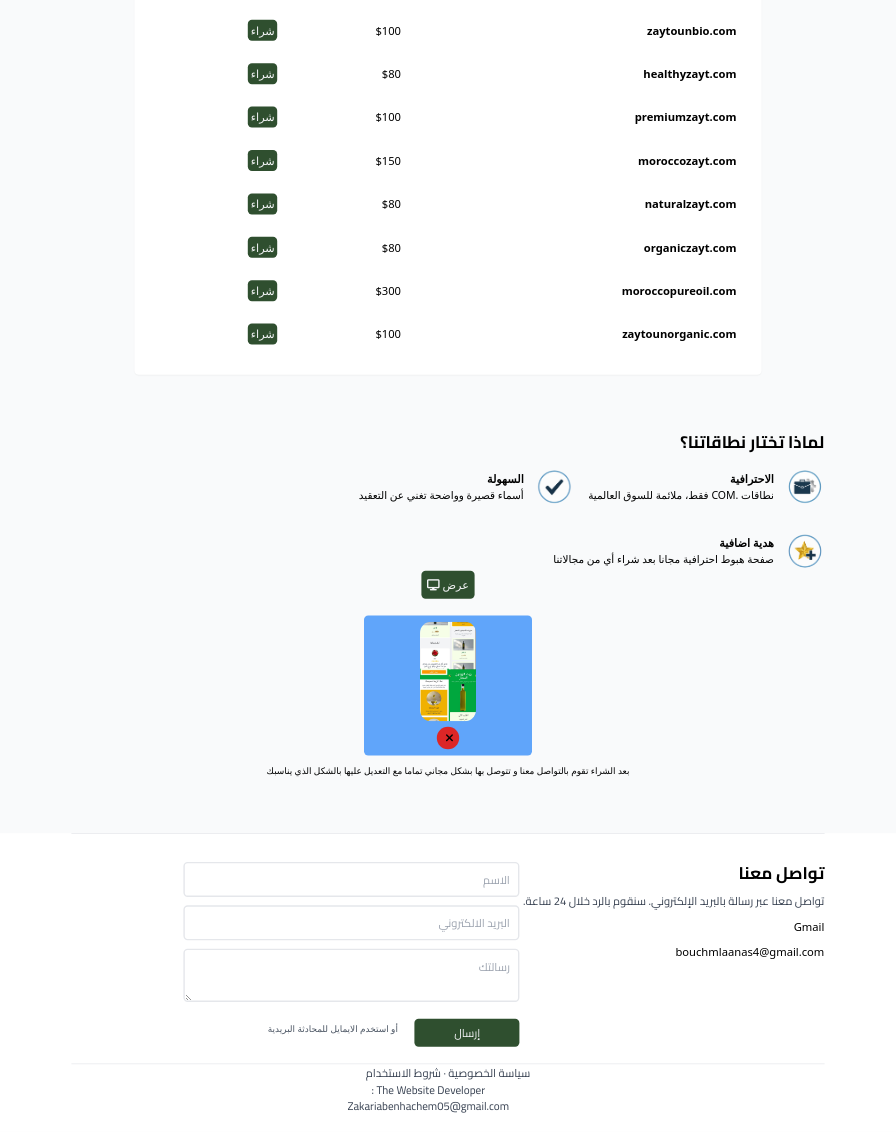
Repository: zakaria-bn05/Olive-oil-domaine-names-english-version
Page: index.html
The author's editor kept a copy of each file at every save. The page is drawn from the files as they stood at one save, then again after the next save.
The browser window is 1280 px wide. The pictures show the part of the page from y = 1375 to 3295 px (the page is 2995 px tall before and 3295 px after), at 70% of full size.
Some web libraries are served in a nearby version.

Above is the page before, as saved 2025-11-19 04:37:27.

### index.html
<!DOCTYPE html>
<html lang="ar" dir="rtl">

<head>
    <meta charset="UTF-8">
    <meta name="viewport" content="width=device-width, initial-scale=1.0">
    <link rel="icon" type="image/x-icon" href="assets/logo.png">
    <link rel="stylesheet" href="https://cdnjs.cloudflare.com/ajax/libs/font-awesome/6.5.1/css/all.min.css">
    <script src="https://cdn.tailwindcss.com"></script>
    <link href="https://fonts.googleapis.com/css2?family=Cairo:wght@300;400;600;700;800&display=swap" rel="stylesheet">
    <title src="">بيع نطاقات زيت الزيتون .COM</title>
    <style>
        .font-cairo {
            font-family: 'Cairo', system-ui, -apple-system, 'Segoe UI', Roboto, sans-serif;
        }

        .nav-link {
            font-size: 0.95rem;
            font-weight: 600;
        }

        .nav-link:hover {
            opacity: 0.92;
        }

        .bg-olive-btn {
            background-color: #2f4f2f;
        }

        .bg-olive-btn:hover {
            filter: contrast(80%);
        }

        .header {
            height: 445px;
            background-image: url('assets/header-picture.jpg');
            background-size: cover;
            background-position: center;
        }

        .table-spaced {
            border-collapse: separate;
            border-spacing: 0 0.9rem;
        }

        .table-spaced th,
        .table-spaced td {
            background: white;
            padding: 0.75rem 1rem;
            border-radius: 8px;
        }

        .table-spaced thead th {
            background: transparent;
            font-weight: 700;
        }

        @media (max-width: 768px) {

            nav {
                margin-top: -40px;
            }

            .special-domaine {
                width: 400px
            }

            .buy-reason {
                padding-left: auto;
            }
        }
    </style>
</head>

<body class="min-h-screen flex flex-col">
    <main class="font-Cairo w-full flex flex-col bg-gray-50 text-gold-dark ">
        <nav
            class="sticky md:top-0 z-30 bg-white/60 backdrop-blur-sm flex w-full h-26 md:h-16 px-[4%] md:px-[8%] items-center justify-between md:gap-1">

            <div class=" flex items-center gap-[2%]">
                <img src="assets/logo.png" class=" w-8 cursor-pointer alt=" OliveDomains Logo">
                <div>
                    <p class="text-right font-bold">OliveDomains</p>
                    <p class="text-xs font-cairo w-30">نطاقات .COM لعلامات زيت الزيتون</p>
                </div>
            </div>
            <div class="flex items-center mt-28 mb-2 md:m-0 gap-4">
                <a id="full-list" class="text-green-900 nav-link font-cairo w-18 cursor-pointer md:w-max ">القائمة
                    الكاملة</a>
                <a id="" class="special text-green-900 nav-link font-cairo cursor-pointer ">مميزة</a>
                <a id="contact"
                    class="bg-olive-btn rounded-md p-[4px] md:p-[6px] text-gray-100 nav-link font-cairo cursor-pointer md:w-max">تواصل
                    معنا</a>
            </div>
        </nav>
        <header class="header flex items-center justify-center z-10 relative ">
            <div class="bg-white rounded-2xl backdrop-blur-sm bg-opacity-30 w-4/5 p-11 flex flex-col gap-3 ">
                <h1 class="font-cairo text-4xl font-bold text-right "> ابدأ علامتك التجارية لزيت الزيتون اليوم.</h1>
                <p class="text-gray-700 text-right text-ms ">
                    نقدم لك أسماء نطاقات .COM قصيرة، سهلة التذكر، وجاهزة للانطلاق.
                </p>
                <div class="flex md:flex-row flex-col gap-3 mt-4 ">
                    <button class="special font-cairo bg-olive-btn px-3 py-2 text-gray-100 rounded-md">استعرض النطاقات
                        المميزة
                    </button>
                    <button id="full-list-2" class="font-cairo px-3 py-2 rounded-md border-2 border-green-900 ">عرض
                        القائمة
                        الكاملة
                    </button>
                </div>
            </div>
        </header>
        <article class="px-[8%] py-10">
            <h1 class="font-cairo text-2xl font-bold">النطاقات المميزة</h1>
            <p class="font-cairo text-xm text-gray-700 ">أفضل النطاقات الجاهزة للاستعمال - قصيرة، راقية، وجاهزة لعلامتك.
            </p>
            <div class="flex gap-3 flex-wrap justify-center">
                <div
                    class="special-domaine bg-white border-2 border-gray-300 rounded-md p-5 mt-5 w-100 flex flex-col gap-3 ">
                    <p class=" font-cairo text-xm text-gray-700 ">نطاق
                    </p>
                    <p class=" font-cairo text-xl text-gray-700 font-bold ">goldenzayt.com
                    </p>
                    <p class=" font-cairo text-xm text-gray-700 ">اسم راق وسهل التذكر لماركات زيت الزيتون
                    </p>
                    <div class="flex items-center mt-auto w-full justify-between">

                        <p class=" font-cairo text-xl text-gray-700 font-bold mt-3 ">$80</p>
                        <div class="justify-end">
                            <button class="selling bg-olive-btn px-3 py-2 text-gray-100 rounded-md mt-3">اشترِ الآن
                            </button>
                            <button class="negotiate font-cairo bg-olive-btn px-3 py-2 bg-gray-100 rounded-md mt-3">
                                تفاوض
                            </button>
                        </div>

                    </div>
                </div>
                <div
                    class="special-domaine bg-white border-2 border-gray-300 rounded-md p-5 w-100 mt-5 flex flex-col gap-3 ">
                    <p class=" font-cairo text-xm text-gray-700 ">نطاق
                    </p>
                    <p class=" font-cairo text-xl text-gray-700 font-bold ">luxuryzayt.com
                    </p>
                    <p class=" font-cairo text-xm text-gray-700 ">ملائم للمنتجات الفاخرة والسوق الراقية
                    </p>
                    <div class="flex items-center mt-auto w-full justify-between">

                        <p class=" font-cairo text-xl text-gray-700 font-bold mt-3 ">$80</p>
                        <div class="justify-end">
                            <button href="" class="selling bg-olive-btn px-3 py-2 text-gray-100 rounded-md mt-3">اشترِ
                                الآن
                            </button>
                            <button class="negotiate font-cairo bg-olive-btn px-3 py-2 bg-gray-100 rounded-md mt-3">
                                تفاوض
                            </button>
                        </div>
                    </div>
                </div>
                <div
                    class="special-domaine bg-white border-2 border-gray-300 rounded-md p-5 mt-5 w-100 flex flex-col gap-3 ">
                    <p class=" font-cairo text-xm text-gray-700 ">نطاق
                    </p>
                    <p class=" font-cairo text-xl text-gray-700 font-bold ">organiczayt.com
                    </p>
                    <p class=" font-cairo text-xm text-gray-700 ">مثالي للمنتجات العضوية والعضوية المعتمدة
                    </p>
                    <div class="flex items-center w-full justify-between">

                        <p class=" font-cairo text-xl text-gray-700 font-bold mt-3 ">$80</p>
                        <div class="justify-end mt-auto">
                            <button class="selling bg-olive-btn px-3 py-2 text-gray-100 rounded-md mt-3">اشترِ الآن
                            </button>
                            <button class="negotiate font-cairo bg-olive-btn px-3 py-2 bg-gray-100 rounded-md mt-3">
                                تفاوض
                            </button>
                        </div>

                    </div>
                </div>
        </article>
        <article class="px-[8%] py-10">
            <h1 class="font-cairo text-2xl font-bold"> القائمة الكاملة للنطاقات</h1>
            <p class="font-cairo text-xm text-gray-700 ">أفضل النطاقات الجاهزة للاستعمال - قصيرة، راقية، وجاهزة لعلامتك
            </p>
            <div class="flex justify-center w-full">
                <table class=" w-5/6 text-right mt-5 bg-white p-5 rounded-md table-spaced shadow-sm">
                    <tr class="border-b-2 p-5">
                        <th>النطاق</th>
                        <th>السعر</th>
                        <th>الروابط</th>
                    </tr>
                    <tr>
                        <td class="font-bold ">zaytshop.com</td>
                        <td>$150</td>
                        <td><a href="https://sedo.com/search/?member=c67aa84ed5e26d9853476fb49144413aa5dfed49"
                                class="hover:border-b-2 border-black bg-olive-btn text-gray-100 p-1 rounded-md">
                                شراء</a></td>
                    </tr>
                    <tr>
                        <td class="font-bold ">purezayt.com</td>
                        <td>$100</td>
                        <td><a href="https://sedo.com/search/?member=c67aa84ed5e26d9853476fb49144413aa5dfed49"
                                class="hover:border-b-2 border-black bg-olive-btn text-gray-100 p-1 rounded-md">
                                شراء</a></td>
                    </tr>
                    <tr>
                        <td class="font-bold ">royalzayt.com</td>
                        <td>$100</td>
                        <td><a href="https://sedo.com/search/?member=c67aa84ed5e26d9853476fb49144413aa5dfed49"
                                class="hover:border-b-2 border-black bg-olive-btn text-gray-100 p-1 rounded-md">
                                شراء</a></td>
                    </tr>
                    <tr>
                        <td class="font-bold ">luxuryzayt.com</td>
                        <td>$80</td>
                        <td><a href="https://sedo.com/search/?member=c67aa84ed5e26d9853476fb49144413aa5dfed49"
                                class="hover:border-b-2 border-black bg-olive-btn text-gray-100 p-1 rounded-md">
                                شراء</a></td>
                    </tr>
                    <tr>
                        <td class="font-bold ">goldenzayt.com</td>
                        <td>$80</td>
                        <td><a href="https://sedo.com/search/?member=c67aa84ed5e26d9853476fb49144413aa5dfed49"
                                class="hover:border-b-2 border-black bg-olive-btn text-gray-100 p-1 rounded-md">
                                شراء</a></td>
                    </tr>
                    <tr>
                        <td class="font-bold ">zaytounbio.com</td>
                        <td>$100</td>
                        <td><a href="https://sedo.com/search/?member=c67aa84ed5e26d9853476fb49144413aa5dfed49"
                                class="hover:border-b-2 border-black bg-olive-btn text-gray-100 p-1 rounded-md">
                                شراء</a></td>
                    </tr>

                    <tr>
                        <td class="font-bold ">healthyzayt.com</td>
                        <td>$80</td>
                        <td><a href="https://sedo.com/search/?member=c67aa84ed5e26d9853476fb49144413aa5dfed49"
                                class="hover:border-b-2 border-black bg-olive-btn text-gray-100 p-1 rounded-md">
                                شراء</a></td>
                    </tr>
                    <tr>
                        <td class="font-bold ">premiumzayt.com</td>
                        <td>$100</td>
                        <td><a href="https://sedo.com/search/?member=c67aa84ed5e26d9853476fb49144413aa5dfed49"
                                class="hover:border-b-2 border-black bg-olive-btn text-gray-100 p-1 rounded-md">
                                شراء</a></td>
                    </tr>
                    <tr>
                        <td class="font-bold ">moroccozayt.com</td>
                        <td>$150</td>
                        <td><a href="https://sedo.com/search/?member=c67aa84ed5e26d9853476fb49144413aa5dfed49"
                                class="hover:border-b-2 border-black bg-olive-btn text-gray-100 p-1 rounded-md">
                                شراء</a></td>
                    </tr>
                    <tr>
                        <td class="font-bold ">naturalzayt.com</td>
                        <td>$80</td>
                        <td><a href="https://sedo.com/search/?member=c67aa84ed5e26d9853476fb49144413aa5dfed49"
                                class="hover:border-b-2 border-black bg-olive-btn text-gray-100 p-1 rounded-md">
                                شراء</a></td>
                    </tr>

                    <tr>
                        <td class="font-bold ">organiczayt.com</td>
                        <td>$80</td>
                        <td><a href="https://sedo.com/search/?member=c67aa84ed5e26d9853476fb49144413aa5dfed49"
                                class="hover:border-b-2 border-black bg-olive-btn text-gray-100 p-1 rounded-md">
                                شراء</a></td>
                    </tr>
                    <tr>
                        <td class="font-bold ">moroccopureoil.com</td>
                        <td>$300</td>
                        <td><a href="https://sedo.com/search/?member=c67aa84ed5e26d9853476fb49144413aa5dfed49"
                                class="hover:border-b-2 border-black bg-olive-btn text-gray-100 p-1 rounded-md">
                                شراء</a></td>
                    </tr>
                    <tr>
                        <td class="font-bold ">zaytounorganic.com</td>
                        <td>$100</td>
                        <td><a href="https://sedo.com/search/?member=c67aa84ed5e26d9853476fb49144413aa5dfed49"
                                class="hover:border-b-2 border-black bg-olive-btn text-gray-100 p-1 rounded-md">
                                شراء</a></td>
                    </tr>
                </table>
            </div>

        </article>
        <article class="px-[8%] py-10">
            <h1 class="font-cairo text-2xl font-bold"> لماذا تختار نطاقاتنا؟ </h1>
            <div class="flex flex-wrap gap-4">
                <div class=" flex gap-5 mt-5 p-1 rounded-md ">
                    <img src=" assets/pro-logo.png" class="buy-reason w-12 h-12 rounded-full" alt="">
                    <div>
                        <p class="font-bold">الاحترافية</p>
                        <p class="text-[15px]">نطاقات .COM فقط، ملائمة للسوق العالمية</p>
                    </div>
                </div>
                <div class="flex gap-5 mt-5 p-1 rounded-md ">
                    <img src="assets/easy-logo.png" class="buy-reason w-12 h-12 rounded-full" alt="">
                    <div>
                        <p class="font-bold">السهولة</p>
                        <p class="text-[15px]"> أسماء قصيرة وواضحة تغني عن التعقيد</p>
                    </div>
                </div>
                <div class="flex gap-5 mt-5 p-1 rounded-md ">
                    <img src="assets/bonus-logo.png" class="buy-reason w-12 h-12 rounded-full" alt="">
                    <div>
                        <p class="font-bold">هدية اضافية</p>
                        <p class="text-[15px]"> صفحة هبوط احترافية مجانا بعد شراء أي من مجالاتنا </p>
                    </div>
                </div>

            </div>
            <div class="flex flex-col gap-3 items-center">
                <button id="display-landing-page" class=" bg-olive-btn p-2 text-ms text-gray-100 rounded-md w-max">عرض
                    <i class="fa-solid fa-display"></i></button>
                <div id="fixed inset-0 landing-page-container"
                    class="flex flex-col justify-center items-center gap-2 w-60 h-[200px] p-5 rounded-md mt-3 bg-blue-400 ">
                    <img src="assets/landing-page.jpg" class="w-20 h-130 rounded-2xl" alt="">
                    <i
                        class="fa-solid fa-xmark close-red-icon w-8 h-8 font-bold cursor-pointer bg-red-600 hover:bg-red-500 transition-all hover:scale-110 rounded-full p-2"></i>
                </div>
                <small>بعد الشراء تقوم بالتواصل معنا و تتوصل بها بشكل مجاني تماما مع التعديل عليها بالشكل الذي
                    يناسبك</small>

            </div>
            </div>

        </article>
        <article class="px-[8%] mt-10 bg-white">
            <hr>
            <div class="flex flex-wrap justify-between pt-10">
                <div class="flex flex-col gap-3">
                    <h1 class="font-cairo text-2xl font-bold "> تواصل معنا </h1>
                    <p class="font-cairo text-xm text-gray-700 m-none p-none ">
                        تواصل معنا عبر رسالة بالبريد الإلكتروني.
                        سنقوم بالرد خلال 24 ساعة.
                    </p>
                    <a href="">Gmail </a>
                    <a href="mailto:bouchmlaanas4@gmail.com">bouchmlaanas4@gmail.com</a>
                </div>
                <form class="flex flex-col gap-3 ml-10 w-[600px] rounded-md" action="https://formspree.io/f/xnnwjaby"
                    method="POST">
                    <input type="text" name="name"
                        class="w-4/5 font-cairo text-ms h-[50px] rounded-md  border-2 border-gray-200 p-3 "
                        placeholder="الاسم">
                    <input type="email" name="mail"
                        class="w-4/5 font-cairo text-ms p-3 h-[50px] rounded-md border-2 border-gray-200"
                        placeholder="البريد الالكتروني">
                    <textarea name="subject" cols="30"
                        class="w-4/5 font-cairo text-ms p-3 rounded-md border-2 border-gray-200"
                        placeholder="رسالتك "></textarea>
                    <div class="flex items-center gap-6">
                        <input type="submit" value="إرسال"
                            class="bg-olive-btn font-cairo px-3 py-2 text-gray-100 rounded-md mt-3 w-1/4 cursor-pointer">
                        <small class="text-gray-600">أو استخدم الايمايل للمحادثة البريدية</small>
                    </div>
                </form>
            </div>
            <br>
            <hr>
            <footer>
                <pre class="text-center text-xm font-cairo text-gray-700">سياسة الخصوصية · شروط الاستخدام
                The Website Developer :
                Zakariabenhachem05@gmail.com
            </pre>
            </footer>
        </article>


    </main>
    <script src="index.js"></script>
</body>

</html>

### index.js
const break_point = 768;
const window_width = window.innerWidth;
console.log(window_width, break_point);
const contact = document.getElementById('contact');
const fullList = document.getElementById('full-list');

const fullList2 = document.getElementById('full-list-2');

contact.addEventListener('click', () => {
    window.scrollTo({
        top: document.body.scrollHeight,
        behavior: 'smooth'
    });
});

fullList.addEventListener('click', () => {
    const scrolling = window_width > break_point ? 850 : 1490;
    window.scrollTo({
        top: scrolling,
        behavior: 'smooth'
    });
});

fullList2.addEventListener('click', () => {
    const scrolling = window_width > break_point ? 850 : 1490;
    window.scrollTo({
        top: scrolling,
        behavior: 'smooth'
    });
});

const specials = document.querySelectorAll('.special');
specials.forEach(special => {
    special.addEventListener('click', () => {
        const scrolling = window_width > break_point ? 450 : 450;
        window.scrollTo({
            top: scrolling,
            behavior: 'smooth'
        });
    });
});

const negotiationBtn = document.querySelectorAll('.negotiate');
negotiationBtn.forEach(element => {
    element.addEventListener('click', () => {
        window.scrollTo({
            top: document.body.scrollHeight,
            behavior: 'smooth'
        });
    });
});

const sellingBtn = document.querySelectorAll('.selling');
sellingBtn.forEach(element => {
    element.addEventListener('click', () => {
        window.open('https://sedo.com/search/?showportfolio=c67aa84ed5e26d9853476fb49144413aa5dfed49', '_blank');
    });
});
const displayLandingPageBtn = document.getElementById('display-landing-page');
displayLandingPageBtn.addEventListener('click', () => {

});

After the next save:
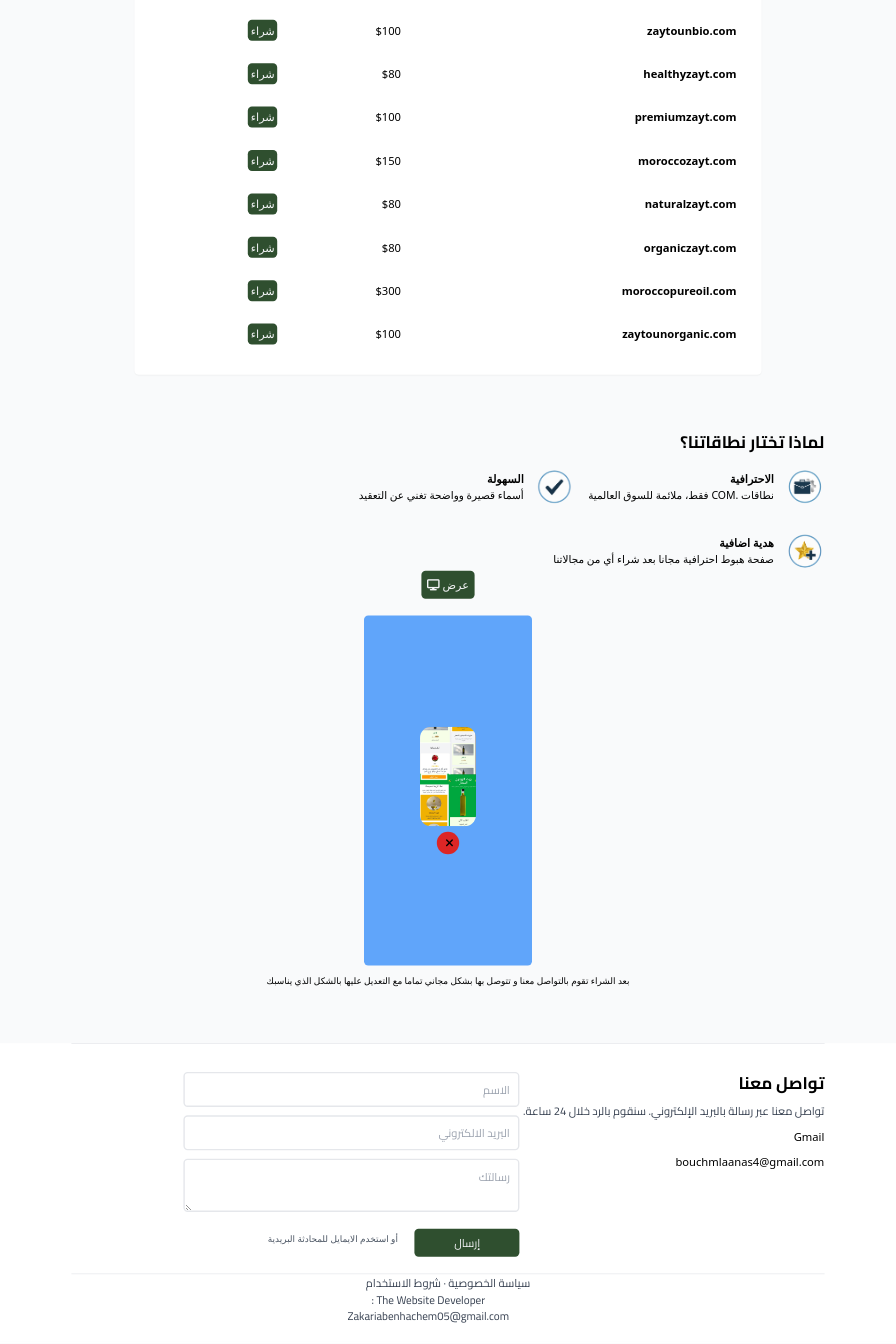
Saved 8 s later.
--- a/index.html
+++ b/index.html
@@ -317,7 +317,7 @@
                 <button id="display-landing-page" class=" bg-olive-btn p-2 text-ms text-gray-100 rounded-md w-max">عرض
                     <i class="fa-solid fa-display"></i></button>
                 <div id="fixed inset-0 landing-page-container"
-                    class="flex flex-col justify-center items-center gap-2 w-60 h-[200px] p-5 rounded-md mt-3 bg-blue-400 ">
+                    class="flex flex-col justify-center items-center gap-2 w-60 h-[500px] p-5 rounded-md mt-3 bg-blue-400 ">
                     <img src="assets/landing-page.jpg" class="w-20 h-130 rounded-2xl" alt="">
                     <i
                         class="fa-solid fa-xmark close-red-icon w-8 h-8 font-bold cursor-pointer bg-red-600 hover:bg-red-500 transition-all hover:scale-110 rounded-full p-2"></i>
